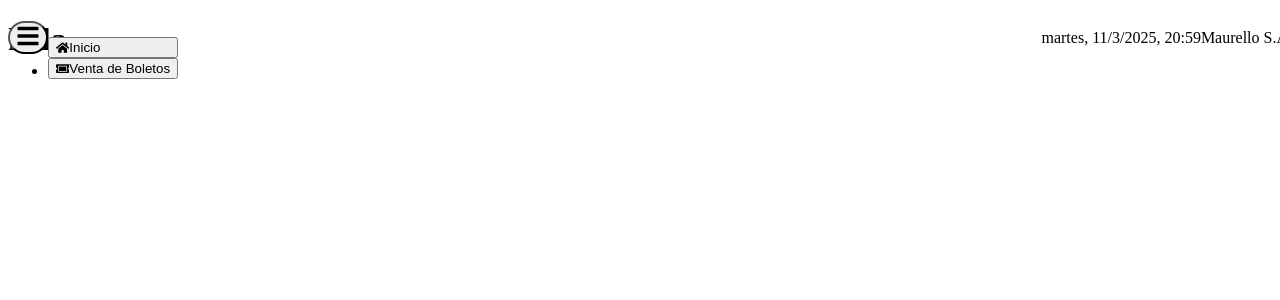
Repository: francoluca35/ventaboletos
Page: /
These files come from the project's save history. The page is drawn as it stood at one moment and after the next save; the edit follows.
The browser window is 1280 px wide. The pictures show the whole page.
The project was rebuilt for these pictures with package versions that can differ from the ones it lists, and the page was loaded fresh each time. The framework's server and built-in components were replaced by stand-ins that run in the browser. Also part of the build but not shown: next.config.mjs.

Above is the page before, as saved 2025-03-17 16:45:25.

### src/app/layout.js
import { Geist, Geist_Mono } from "next/font/google";
import "./globals.css";
import "./style/tailwinds.css"
const geistSans = Geist({
  variable: "--font-geist-sans",
  subsets: ["latin"],
});

const geistMono = Geist_Mono({
  variable: "--font-geist-mono",
  subsets: ["latin"],
});

export const metadata = {
  title: "Create Next App",
  description: "Generated by create next app",
};

export default function RootLayout({ children }) {
  return (
    <html lang="en">
      <body
        className={`${geistSans.variable} ${geistMono.variable} antialiased`}
      >
        {children}
      </body>
    </html>
  );
}

### src/app/page.js
import Inicio from "./pages/Inicio";
import Sidebar from "./components/Sidebar";

export default function Home() {
  return (
  <>
<Sidebar/>
 <Inicio />

  </>
  );
}

### src/app/pages/Inicio/index.js
import React from 'react'

function Inicio() {
  return (
    <div>
     <h1>hola</h1>

    </div>
  )
}

export default Inicio

### src/app/components/Sidebar.js
"use client";
import { useState, useEffect } from "react";
import { useRouter } from "next/navigation";
import { FaBars, FaTimes, FaHome, FaTicketAlt } from "react-icons/fa";

const Sidebar = () => {
  const [isOpen, setIsOpen] = useState(false);
  const [time, setTime] = useState(new Date());
  const router = useRouter();

  // Actualizar la hora cada segundo
  useEffect(() => {
    const interval = setInterval(() => {
      setTime(new Date());
    }, 1000);
    return () => clearInterval(interval);
  }, []);

  // Formatear la hora
  const formatTime = (date) => {
    return date.toLocaleTimeString("es-ES", { hour: "2-digit", minute: "2-digit" });
  };

  const formatDate = (date) => {
    return date.toLocaleDateString("es-ES", { weekday: "long", day: "numeric", month: "numeric", year:"numeric" });
  };

  const handleNavigation = (path) => {
    setIsOpen(false);
    router.push(path);
  };

  return (
    <div>
      {/* Header Fijo */}
      <div className="fixed top-0 left-0 w-full bg-gray-400 text-black shadow-md flex justify-between items-center p-4 z-50">
        {/* Botón de Menú */}
        <button
          onClick={() => setIsOpen(!isOpen)}
          className="text-white bg-red-600 p-3 rounded-full"
        >
          {isOpen ? <FaTimes size={24} /> : <FaBars size={24} />}
        </button>

        {/* Nombre de Empresa y Hora */}
        <div className="flex items-center space-x-4">
          <span className="text-md font-medium">{formatDate(time)}, {formatTime(time)}</span>
          <span className="font-semibold text-lg">Maurello S.A</span>
        </div>
      </div>

      {/* Sidebar Desplegable */}
      <div
        className={`fixed top-0 left-0 h-full w-64 bg-gray-300 text-black shadow-lg transition-transform ${
          isOpen ? "translate-x-0" : "-translate-x-64"
        } z-40`}
      >
        {/* Opciones de Navegación */}
        <ul className="mt-20 space-y-4">
          <li className="px-4 py-2 hover:bg-gray-500 cursor-pointer">
            <button onClick={() => handleNavigation("/")} className="flex items-center gap-2 w-full text-left">
              <FaHome /> Inicio
            </button>
          </li>
          <li className="px-4 py-2 hover:bg-gray-500 cursor-pointer">
            <button onClick={() => handleNavigation("/ventaboleto")} className="flex items-center gap-2 w-full text-left">
              <FaTicketAlt /> Venta de Boletos
            </button>
          </li>
        </ul>
      </div>
    </div>
  );
};

export default Sidebar;

Loaded but not shown: src/app/globals.css (common file); src/app/style/tailwinds.css (common file)

After the next save:
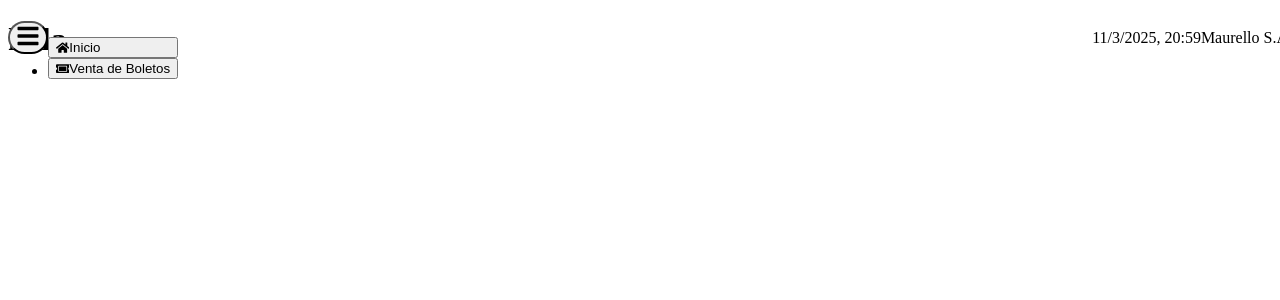
Saved 10 s later.
--- a/src/app/components/Sidebar.js
+++ b/src/app/components/Sidebar.js
@@ -22,7 +22,7 @@
   };
 
   const formatDate = (date) => {
-    return date.toLocaleDateString("es-ES", { weekday: "long", day: "numeric", month: "numeric", year:"numeric" });
+    return date.toLocaleDateString("es-ES", {  day: "numeric", month: "numeric", year:"numeric" });
   };
 
   const handleNavigation = (path) => {
